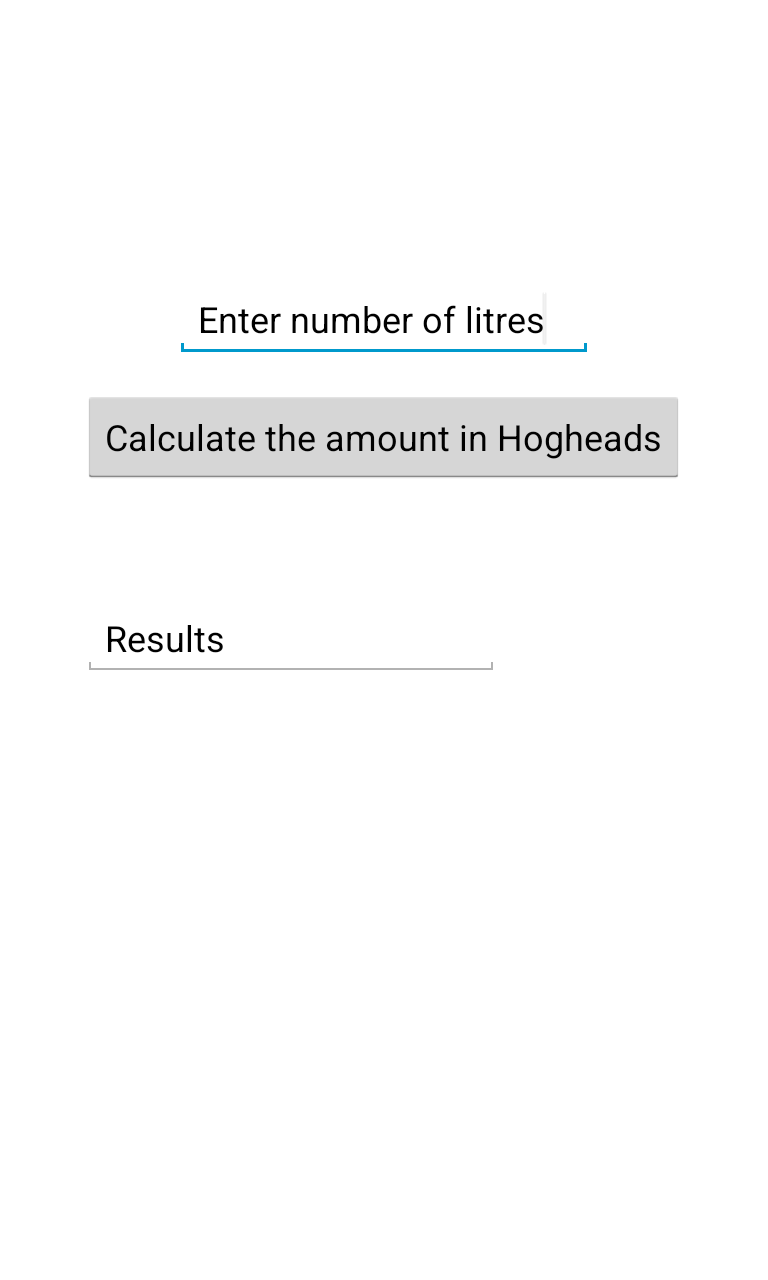
Repository: derspatero/workspace
Layout: ca.bcit.comp2052.a00892244.androidhelloworld/res/layout/activity_main.xml
The author's editor kept a copy of each file at every save. The layout is drawn from the files as they stood at one save, then again after the next save.
It is drawn on a 768 x 1280 px phone screen (xhdpi) without system bars, with theme AppTheme; the app's code is not run.

Above is the layout before, as saved 2014-10-07 05:08:53.

### ca.bcit.comp2052.a00892244.androidhelloworld/res/layout/activity_main.xml
<RelativeLayout xmlns:android="http://schemas.android.com/apk/res/android"
    xmlns:tools="http://schemas.android.com/tools"
    android:layout_width="match_parent"
    android:layout_height="match_parent"
    android:paddingBottom="@dimen/activity_vertical_margin"
    android:paddingLeft="@dimen/activity_horizontal_margin"
    android:paddingRight="@dimen/activity_horizontal_margin"
    android:paddingTop="@dimen/activity_vertical_margin"
    tools:context="com.example.ca.bcit.comp2052.a00892244.androidhelloworld.MainActivity" >

    <EditText
        android:id="@+id/editText1"
        android:layout_width="wrap_content"
        android:layout_height="wrap_content"
        android:layout_alignParentTop="true"
        android:layout_centerHorizontal="true"
        android:layout_marginTop="124dp"
        android:ems="10"
        android:inputType="number"
        android:text="Enter number of litres" >

        <requestFocus />
    </EditText>

    <Button
        android:id="@+id/button1"
        android:layout_width="wrap_content"
        android:layout_height="wrap_content"
        android:layout_below="@+id/editText1"
        android:layout_centerHorizontal="true"
        android:layout_marginTop="15dp"
        android:text="Calculate the amount in Hogheads" />

    <EditText
        android:id="@+id/textView1"
        android:layout_width="wrap_content"
        android:layout_height="wrap_content"
        android:layout_alignLeft="@+id/button1"
        android:layout_below="@+id/button1"
        android:layout_marginTop="57dp"
        android:ems="10"
        android:text="Results" />

</RelativeLayout>

Loaded but not shown: ca.bcit.comp2052.a00892244.androidhelloworld/res/values/styles.xml (common file); ca.bcit.comp2052.a00892244.androidhelloworld/res/values-v11/styles.xml (common file); ca.bcit.comp2052.a00892244.androidhelloworld/res/values-v14/styles.xml (common file); ca.bcit.comp2052.a00892244.androidhelloworld/res/values/dimens.xml (common file); ca.bcit.comp2052.a00892244.androidhelloworld/res/values-w820dp/dimens.xml (common file)

After the next save:
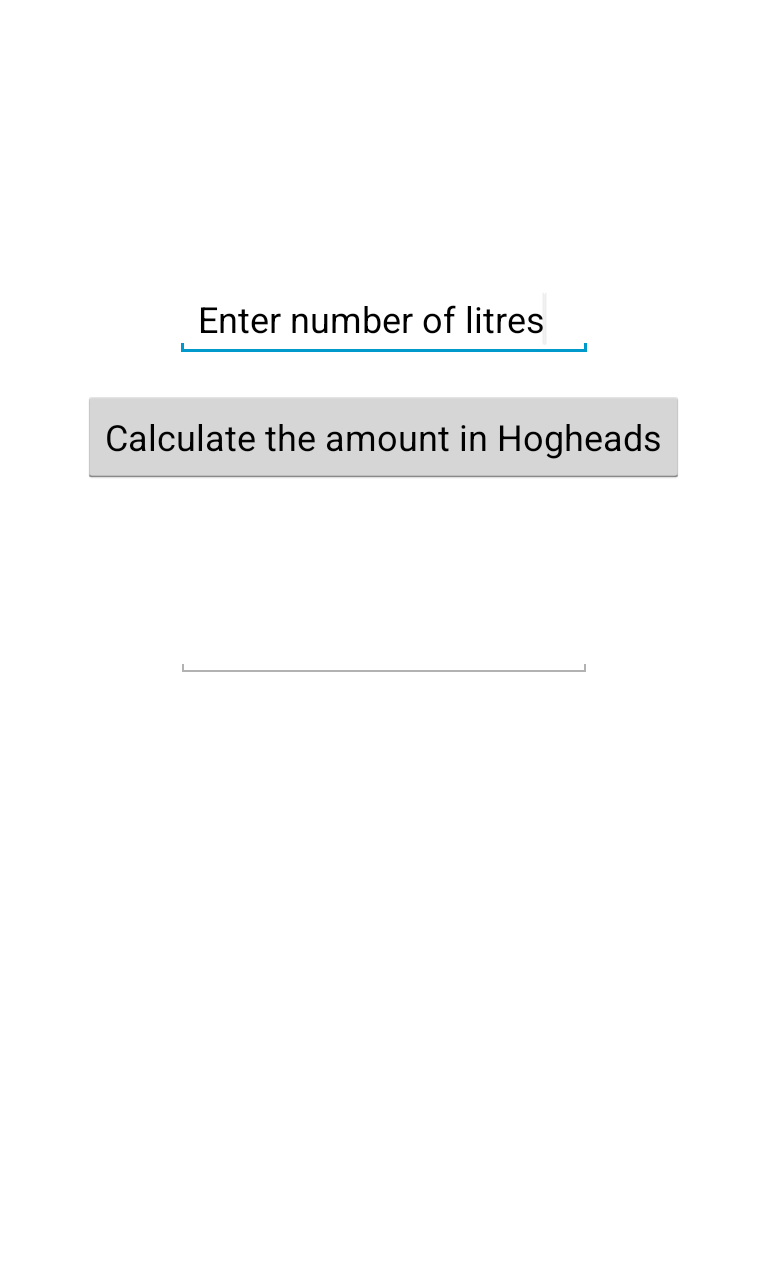
Saved 25 s later.
--- a/ca.bcit.comp2052.a00892244.androidhelloworld/res/layout/activity_main.xml
+++ b/ca.bcit.comp2052.a00892244.androidhelloworld/res/layout/activity_main.xml
@@ -35,10 +35,9 @@
         android:id="@+id/textView1"
         android:layout_width="wrap_content"
         android:layout_height="wrap_content"
-        android:layout_alignLeft="@+id/button1"
+        android:layout_alignLeft="@+id/editText1"
         android:layout_below="@+id/button1"
-        android:layout_marginTop="57dp"
-        android:ems="10"
-        android:text="Results" />
+        android:layout_marginTop="58dp"
+        android:ems="10" />
 
 </RelativeLayout>
